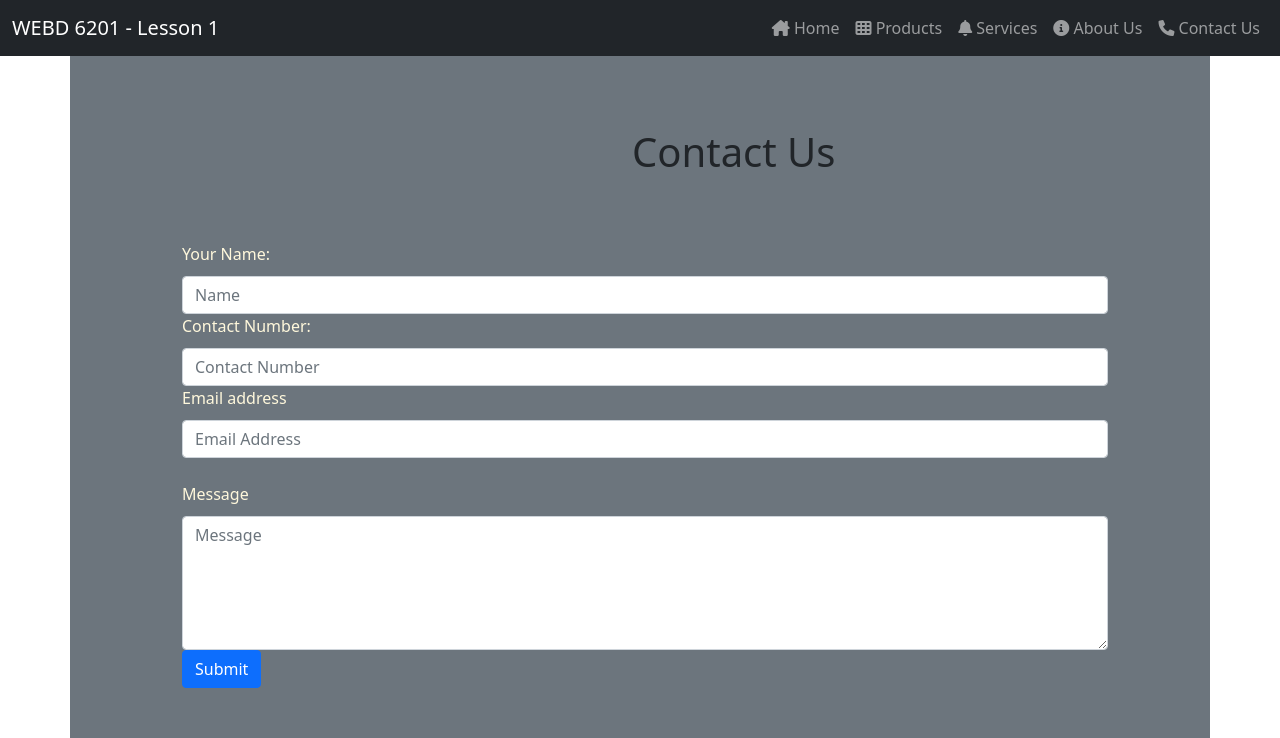
Repository: devanshudave1901/DevanshuDave_AngaranYogeswaranLab2
Page: contact.html
An editor plug-in stored every save of this project. The page is shown before and after the next save, followed by the edit.
The browser window is 1280 px wide. The pictures show the whole page.

Above is the page before, as saved 2022-02-10 12:30:35.

### contact.html
<!DOCTYPE html>
<html lang="en">
  <head>
    <meta charset="UTF-8" />
    <meta http-equiv="X-UA-Compatible" content="IE=edge" />
    <meta name="viewport" content="width=device-width, initial-scale=1.0" />
    <title>Contact Us</title>
    <link
      rel="stylesheet"
      href="./node_modules/bootstrap/dist/css/bootstrap.min.css"
    />
    <link
      rel="stylesheet"
      href="./node_modules/@fortawesome/fontawesome-free/css/all.min.css"
    />
    <link rel="stylesheet" href="./Content/app.css" />
  </head>
  <body>
    <nav class="navbar navbar-expand-lg navbar-dark bg-dark">
      <div class="container-fluid">
        <a class="navbar-brand" href="#">WEBD 6201 - Lesson 1</a>
        <button
          class="navbar-toggler"
          type="button"
          data-bs-toggle="collapse"
          data-bs-target="#navbarSupportedContent"
          aria-controls="navbarSupportedContent"
          aria-expanded="false"
          aria-label="Toggle navigation"
        >
          <span class="navbar-toggler-icon"></span>
        </button>
        <div class="collapse navbar-collapse" id="navbarSupportedContent">
          <ul class="navbar-nav ms-auto">
            <li class="nav-item active">
              <a class="nav-link" aria-current="page" href="./index.html"
                ><i class="fa-solid fa-house-chimney"></i> Home</a
              >
            </li>

            <li class="nav-item">
              <a class="nav-link" href="./products.html"
                ><i class="fa-solid fa-th"></i> Products</a
              >
            </li>
            <li class="nav-item">
              <a class="nav-link" href="./services.html"
                ><i class="fa-solid fa-bell"></i> Services</a
              >
            </li>
            <li class="nav-item">
              <a class="nav-link" href="./about.html">
                <i class="fa-solid fa-circle-info"></i> About Us</a
              >
            </li>
            <li class="nav-item">
              <a class="nav-link" href="./contact.html">
                <i class="fa-solid fa-phone"></i> Contact Us</a
              >
            </li>
          </ul>
        </div>
      </div>
    </nav>
    <div class="jumbotron bg-secondary container" id="contentArea">
      <br />
      <br />
      <br />
      <h1 id="contactId">Contact Us</h1>
      <br />
      <br />

      <form id="Contactform">
        <div class="form-group">
          <label for="InputName">Your Name: </label>
          <input
            type="text"
            class="form-control"
            id="InputName"
            placeholder="Name"
          />
        </div>
        <div class="form-group">
          <label for="InputNumber">Contact Number: </label>
          <input
            type="number"
            class="form-control"
            id="InputNumber"
            placeholder="Contact Number"
          />
        </div>
        <div class="form-group">
          <label for="InputEmail1"> Email address</label>
          <input
            type="email"
            class="form-control"
            id="exampleInputEmail1"
            placeholder="Email Address"
          />
        </div>
        <br />
        <div class="form-group">
          <label for="InputMessage">Message</label>
          <textarea
            class="form-control"
            id="InputMessage"
            placeholder="Message"
            rows="5"
          ></textarea>
        </div>

        <button type="submit" class="btn btn-primary">Submit</button>
      </form>
    </div>
    <!-- 3RD Party Library-->
    <script src="./node_modules/jquery/dist/jquery.min.js"></script>
    <script src="./node_modules/bootstrap/dist/js/bootstrap.min.js"></script>
  </body>
</html>

### Content/app.css
#Contactform {
  padding: 10px 90px 50px 100px;
}
#Contactform label {
  color: cornsilk;
  padding-bottom: 10px;
}

.formInputBox {
  padding-left: 60px;
  margin: 8px 0;
  border: dashed;
  box-sizing: border-box;
}

#contactId {
  padding-left: 550px;
}

Loaded but not shown: node_modules/bootstrap/dist/css/bootstrap.min.css (library); node_modules/@fortawesome/fontawesome-free/css/all.min.css (library); node_modules/jquery/dist/jquery.min.js (library); node_modules/bootstrap/dist/js/bootstrap.min.js (library)

After the next save:
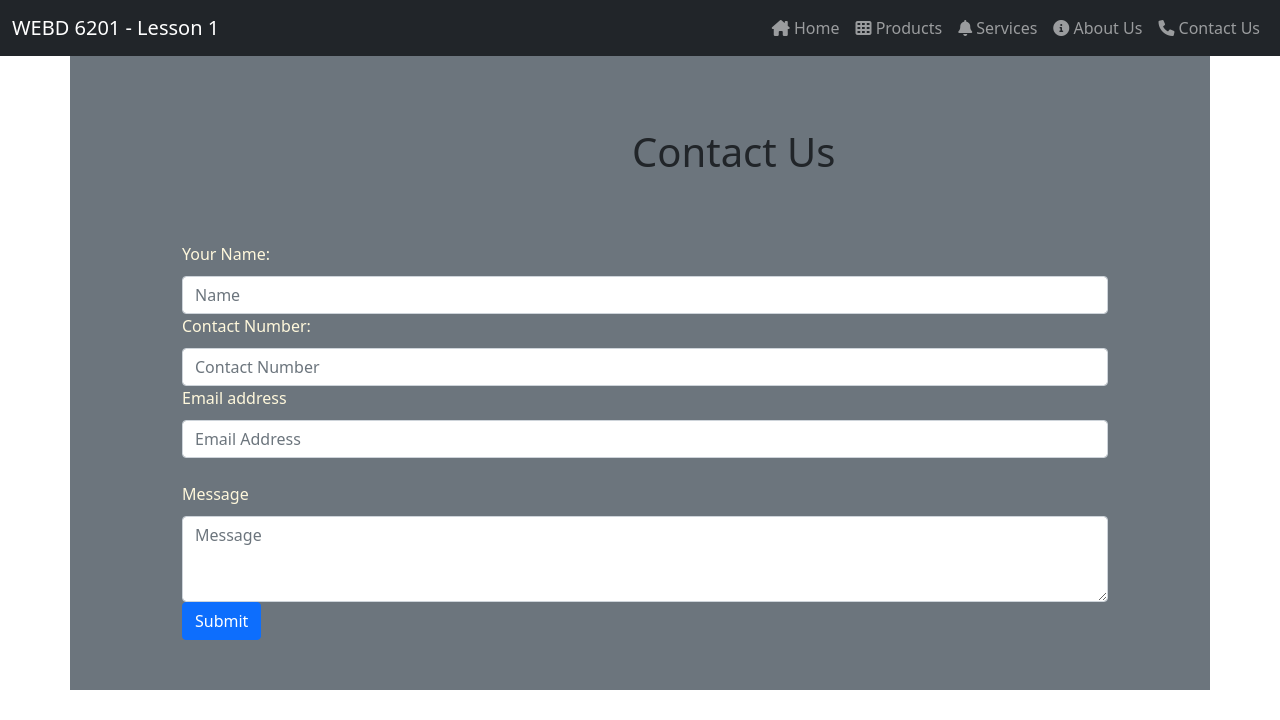
Saved 10 s later.
--- a/contact.html
+++ b/contact.html
@@ -105,7 +105,7 @@
             class="form-control"
             id="InputMessage"
             placeholder="Message"
-            rows="5"
+            rows="3"
           ></textarea>
         </div>
 
